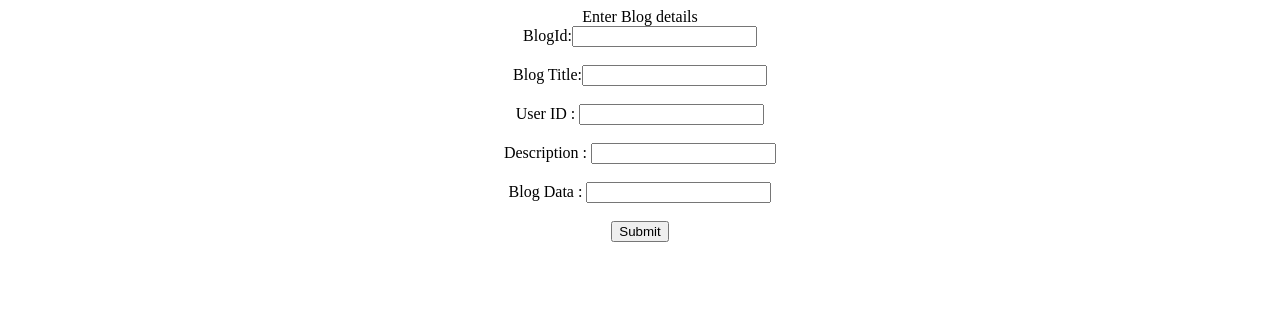
Repository: santosh345/Collabortion
Page: CollaborationFrontEnd/WebContent/c_blog/CreateBlog.html
An editor plug-in stored every save of this project. The page is shown before and after the next save, followed by the edit.
The browser window is 1280 px wide. The pictures show the whole page.

Above is the page before, as saved 2017-05-27 10:04:20.

### CollaborationFrontEnd/WebContent/c_blog/CreateBlog.html
<div ng-controller="BlogController as ctrl">
<center>Enter Blog details</center>
<center>
<form ng-submit="ctrl.Submit()" class="form-horizontal">
BlogId:<input type="text" ng-model="ctrl.blog.blogId"><br><br>

Blog Title:<input type="text" ng-model="ctrl.blog.blogtitle"/><br><br>

User ID : <input type="text" ng-model="ctrl.blog.blogUser_Id"/><br><br>

Description : <input type="text" ng-model="ctrl.blog.blogDescription"/><br><br>

Blog Data : <input type="text" ng-model="ctrl.blog.blogData"/><br><br>

<button type="button" ng-click="ctrl.Submit()">Submit</button>

</form>

</center>

</div>

After the next save:
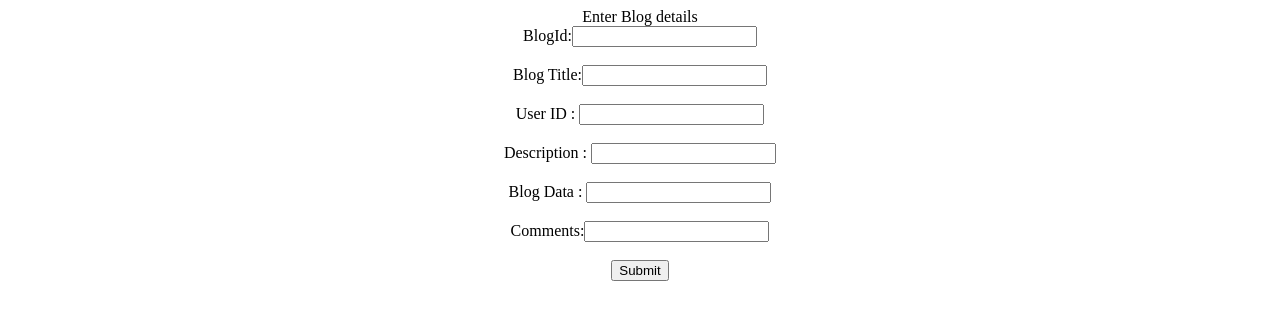
Saved 114 s later.
--- a/CollaborationFrontEnd/WebContent/c_blog/CreateBlog.html
+++ b/CollaborationFrontEnd/WebContent/c_blog/CreateBlog.html
@@ -12,6 +12,8 @@ Description : <input type="text" ng-model="ctrl.blog.blogDescription"/><br><br>
 
 Blog Data : <input type="text" ng-model="ctrl.blog.blogData"/><br><br>
 
+Comments:<input type="text" ng-model="ctrl.blogcomments"/><br></br>
+
 <button type="button" ng-click="ctrl.Submit()">Submit</button>
 
 </form>
